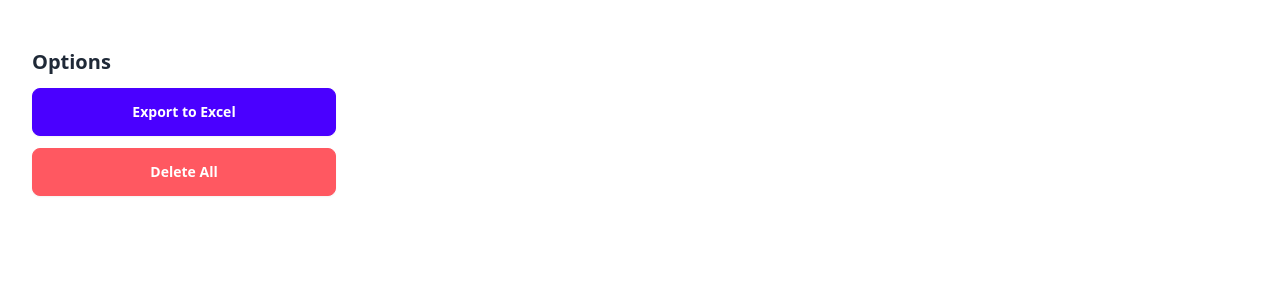
Repository: khulqu15/khafsin_server
Page: http://localhost/
The author's editor kept a copy of each file at every save. The page is drawn from the files as they stood at one save, then again after the next save.
The browser window is 1280 px wide. The pictures show the whole page.
Some web libraries are served in a nearby version. The page is served by the project's Laravel application, run on PHP 8.4 with Laravel 12. Other server files are loaded and not shown. Queries for data that is not in the repository find no rows.

Above is the page before, as saved 2024-10-25 02:50:30.

### routes/web.php
<?php

use App\Http\Controllers\ImuController;
use Illuminate\Support\Facades\Route;

Route::get('/', [ImuController::class, 'home']);

### app/Http/Controllers/ImuController.php
<?php

namespace App\Http\Controllers;

use App\Models\Imu;
use Exception;
use Illuminate\Database\Eloquent\ModelNotFoundException;
use Illuminate\Http\Request;
use Illuminate\Support\Carbon;

class ImuController extends Controller
{

    public function home(Request $request) {
        $query = Imu::query();
        if ($request->has(['start_date', 'end_date'])) {
            $start_date = Carbon::parse($request->input('start_date'))->startOfDay();
            $end_date = Carbon::parse($request->input('end_date'))->endOfDay();
            $query->whereBetween('created_at', [$start_date, $end_date]);
        }
        $imus = $query->orderBy('created_at', 'desc')->get();
        return view('welcome')->with('imus', $imus);
    }

    /**
     * Display a listing of the resource.
     */
    public function index(Request $request)
    {
        try {
            $query = Imu::query();

            if ($request->has(['start_date', 'end_date'])) {
                $start_date = Carbon::parse($request->input('start_date'))->startOfDay();
                $end_date = Carbon::parse($request->input('end_date'))->endOfDay();
                $query->whereBetween('created_at', [$start_date, $end_date]);
            }
            $imus = $query->orderBy('created_at', 'desc')->get();
            return response()->json($imus);

        } catch (Exception $e) {
            return $this->handleException($e);
        }
    }

    /**
     * Store a newly created resource in storage.
     */
    public function store(Request $request)
    {
        try {
            $validatedData = $request->validate([
                'x' => 'required|numeric',
                'y' => 'required|numeric',
                'z' => 'required|numeric',
                'location' => 'nullable|string',
                'status' => 'nullable|string',
                'description' => 'nullable|string',
                'lat' => 'nullable|numeric',
                'lon' => 'nullable|numeric',
                'alt' => 'nullable|numeric',
            ]);

            $imu = Imu::create($validatedData);

            return response()->json($imu, 201);

        } catch (Exception $e) {
            return $this->handleException($e);
        }
    }

    /**
     * Display the specified resource.
     */
    public function show(string $id)
    {
        try {
            $imu = Imu::findOrFail($id);
            return response()->json($imu);

        } catch (ModelNotFoundException $e) {
            return $this->handleException($e);

        } catch (Exception $e) {
            return $this->handleException($e);
        }
    }

    /**
     * Update the specified resource in storage.
     */
    public function update(Request $request, string $id)
    {
        try {
            $imu = Imu::findOrFail($id);

            $validatedData = $request->validate([
                'x' => 'required|numeric',
                'y' => 'required|numeric',
                'z' => 'required|numeric',
                'location' => 'nullable|string',
                'status' => 'nullable|string',
                'description' => 'nullable|string',
                'lat' => 'nullable|numeric',
                'lon' => 'nullable|numeric',
                'alt' => 'nullable|numeric',
            ]);

            $imu->update($validatedData);

            return response()->json($imu);

        } catch (ModelNotFoundException $e) {
            return $this->handleException($e);

        } catch (Exception $e) {
            return $this->handleException($e);
        }
    }

    /**
     * Remove the specified resource from storage.
     */
    public function destroy(string $id)
    {
        try {
            $imu = Imu::findOrFail($id);
            $imu->delete();
            return response()->json(['message' => 'IMU record deleted successfully']);

        } catch (ModelNotFoundException $e) {
            return $this->handleException($e);

        } catch (Exception $e) {
            return $this->handleException($e);
        }
    }
}

### app/Http/Controllers/Controller.php
<?php

namespace App\Http\Controllers;

use Exception;
use Illuminate\Http\JsonResponse;
use Illuminate\Http\Response;

abstract class Controller
{
    protected function handleException(Exception $e): JsonResponse
    {
        return response()->json([
            'error' => true,
            'message' => $e->getMessage(),
            'code' => $e->getCode(),
        ], $e instanceof \Illuminate\Database\Eloquent\ModelNotFoundException ? Response::HTTP_NOT_FOUND : Response::HTTP_INTERNAL_SERVER_ERROR);
    }
}

### app/Models/Imu.php
<?php

namespace App\Models;

use Illuminate\Database\Eloquent\Model;

class Imu extends Model
{
    protected $table = 'imus';
    protected $primaryKey = 'id';

    protected $fillable = [
        'x',
        'y',
        'z',
        'location',
        'status',
        'description',
        'lat',
        'lon',
        'alt',
    ];
}

### resources/views/welcome.blade.php
<!DOCTYPE html>
<html lang="{{ str_replace('_', '-', app()->getLocale()) }}">
    <head>
        <meta charset="utf-8">
        <meta name="viewport" content="width=device-width, initial-scale=1">

        <title>Khafsin App</title>

        <link href="https://cdn.jsdelivr.net/npm/daisyui@4.12.13/dist/full.min.css" rel="stylesheet" type="text/css" />
        <script src="https://cdn.tailwindcss.com"></script>
    </head>
    <body>
        <div class="container mx-auto w-full min-h-screen py-12 px-8">
            <div class="w-full grid grid-cols-8">
                <div class="md:col-span-2 col-span-8 space-y-3">
                    <h2 class="text-xl font-bold">Options</h2>
                    <button class="btn btn-primary w-full text-white">Export to Excel</button>
                    <button class="btn btn-error w-full text-white">Delete All</button>
                </div>
                <div class="md:col-span-6 col-span-8"></div>
            </div>
        </div>
    </body>
</html>

After the next save:
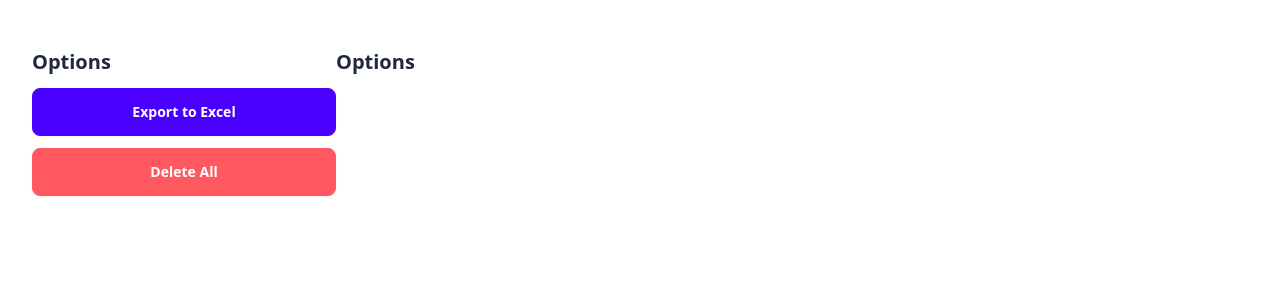
Saved 26 s later.
--- a/resources/views/welcome.blade.php
+++ b/resources/views/welcome.blade.php
@@ -17,7 +17,11 @@
                     <button class="btn btn-primary w-full text-white">Export to Excel</button>
                     <button class="btn btn-error w-full text-white">Delete All</button>
                 </div>
-                <div class="md:col-span-6 col-span-8"></div>
+                <div class="md:col-span-6 col-span-8">
+                    <div class="flex items-center">
+                        <h2 class="text-xl font-bold">Options</h2>
+                    </div>
+                </div>
             </div>
         </div>
     </body>
